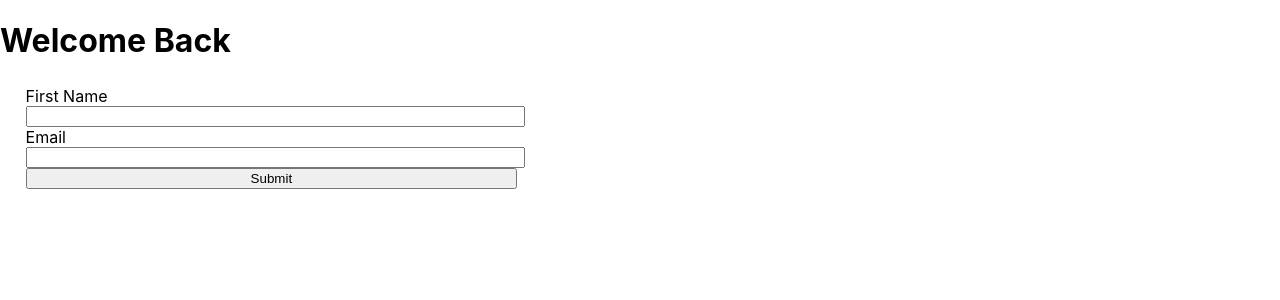
Repository: fatimash2123/todoApp
Page: /
An editor plug-in stored every save of this project. The page is shown before and after the next save, followed by the edit.
The browser window is 1280 px wide. The pictures show the whole page.
The project was rebuilt for these pictures with package versions that can differ from the ones it lists, and the page was loaded fresh each time.

Above is the page before, as saved 2024-02-12 12:47:19.

After the next save:
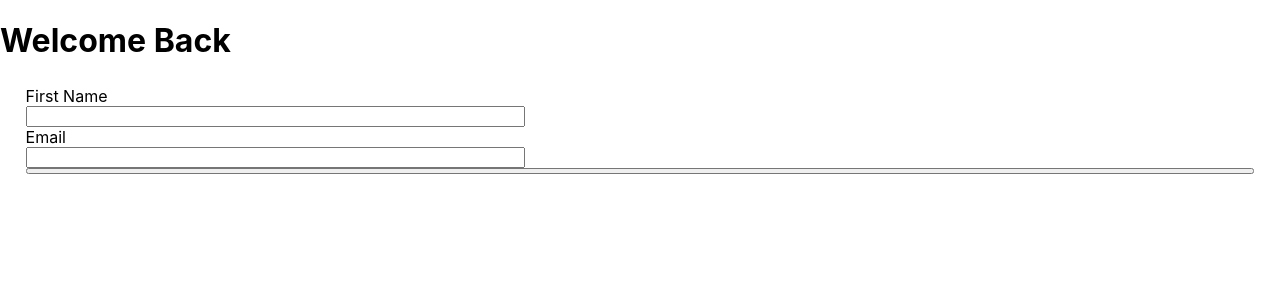
Saved 49 s later.
--- a/src/pages/Login/Login.tsx
+++ b/src/pages/Login/Login.tsx
@@ -42,7 +42,7 @@ function Login() {
           <Field type="text" id="email" name="email" />
           <ErrorMessage name="email" />
 
-          <Field type="submit" value="Submit" />
+          <button type="submit"></button>
         </Form>
       </Formik>
     </>
